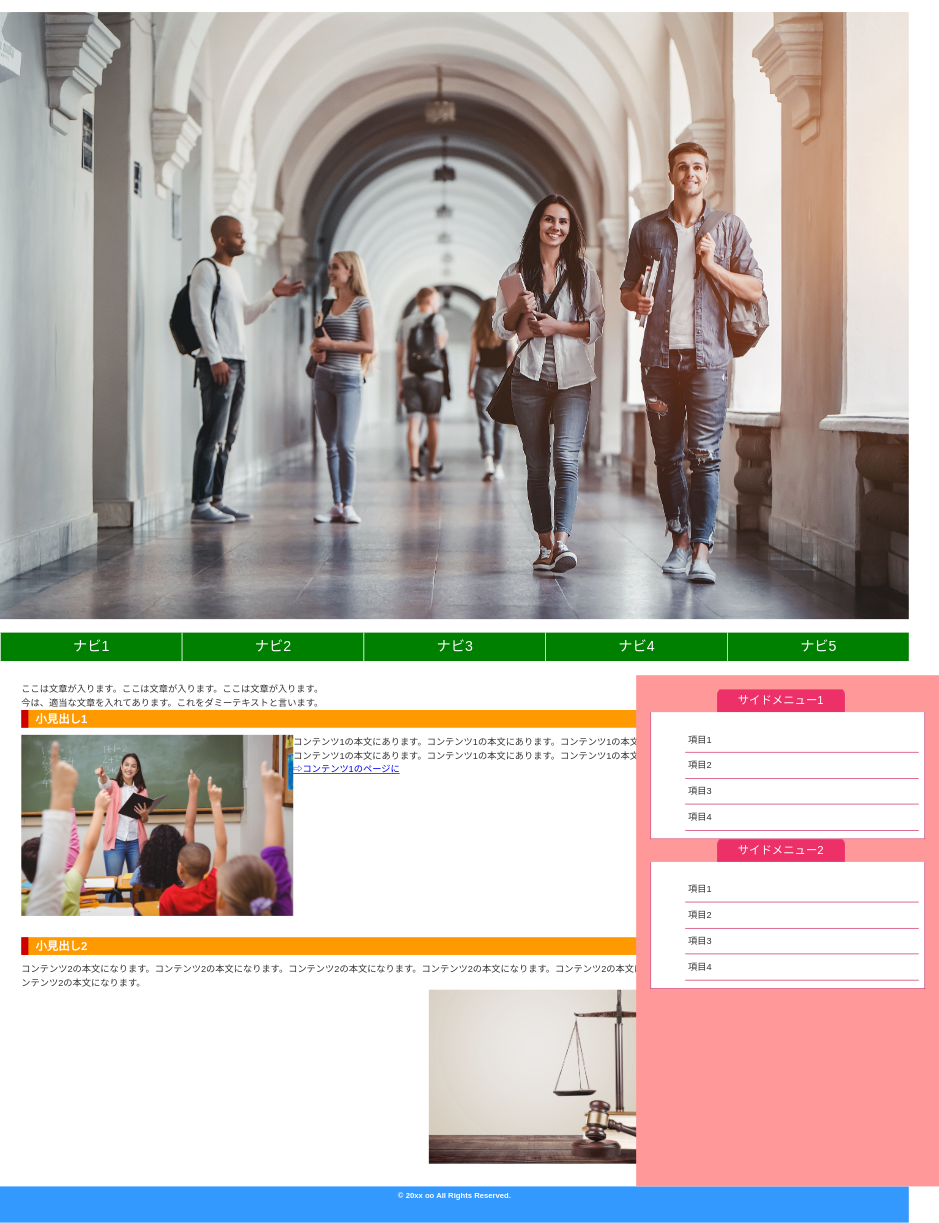
Repository: 777yuuki/samurai_HTML-CSS
Page: testo.html
The author's editor kept a record of every edit. The page is drawn from the files as they stood at one moment, then again after the next edit.
The browser window is 1280 px wide. The page is 1323 px wide, so the pictures cover 1323 px, including what lies to the right of the window. The pictures show the whole page, at 71% of full size.

Above is the page before.

After the next edit:
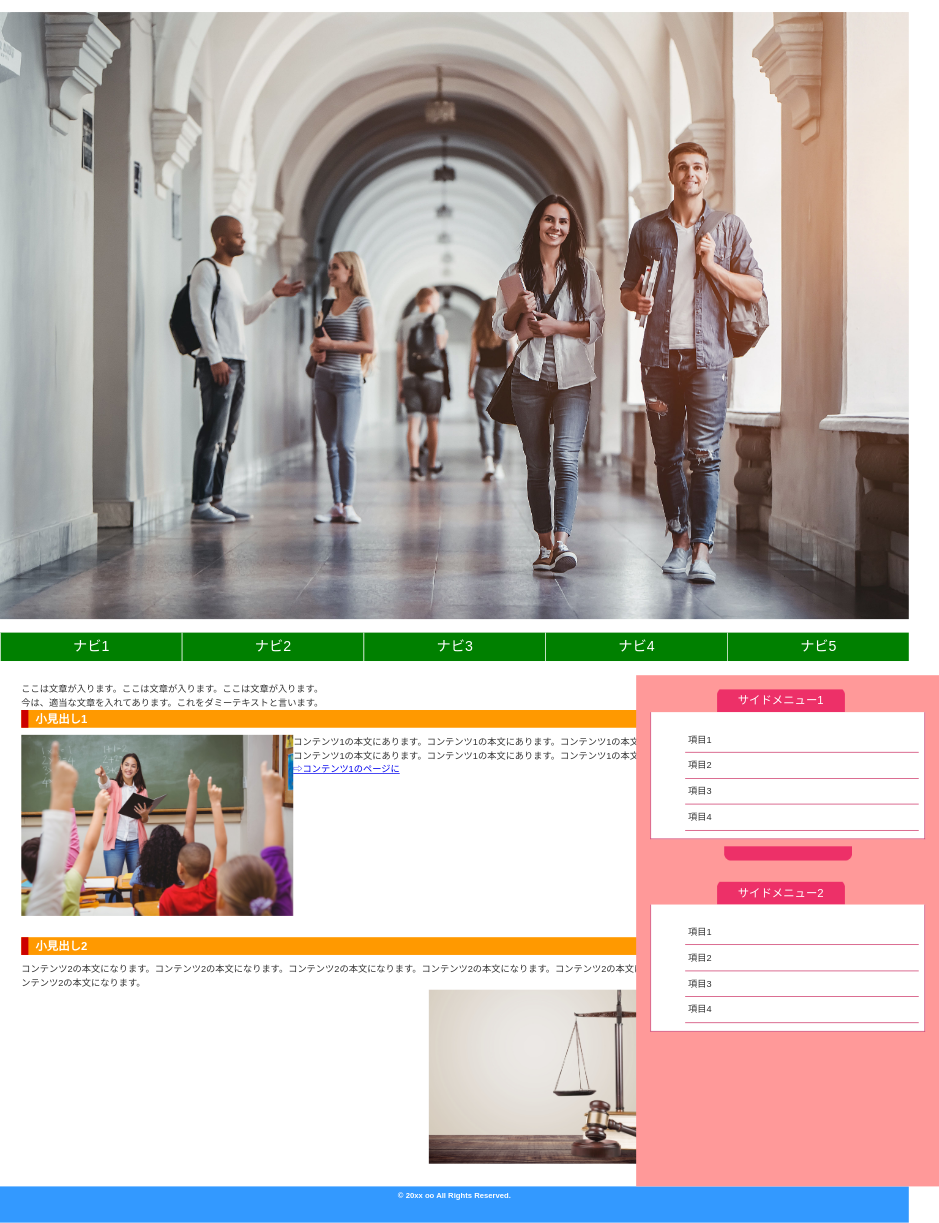
The edit:
--- a/testo.html
+++ b/testo.html
@@ -40,16 +40,18 @@
             </div>
             <div class="side">
                 <div class="side-main">
-                    <div class="side-title">
-                        サイドメニュー1
-                    </div>
-                    <div class="side-box">
-                        <ul>
-                             <li>項目1</li>
-                             <li>項目2</li>
-                             <li>項目3</li>
-                             <li>項目4</li>
-                        </ul>
+                    <div class="side-top">
+                        <div class="side-title">
+                            サイドメニュー1
+                        </div>
+                        <div class="side-box">
+                            <ul>
+                                 <li>項目1</li>
+                                 <li>項目2</li>
+                                 <li>項目3</li>
+                                 <li>項目4</li>
+                            </ul>
+                        </div>
                     </div>
                 </div>
                 <div class="side-main">
